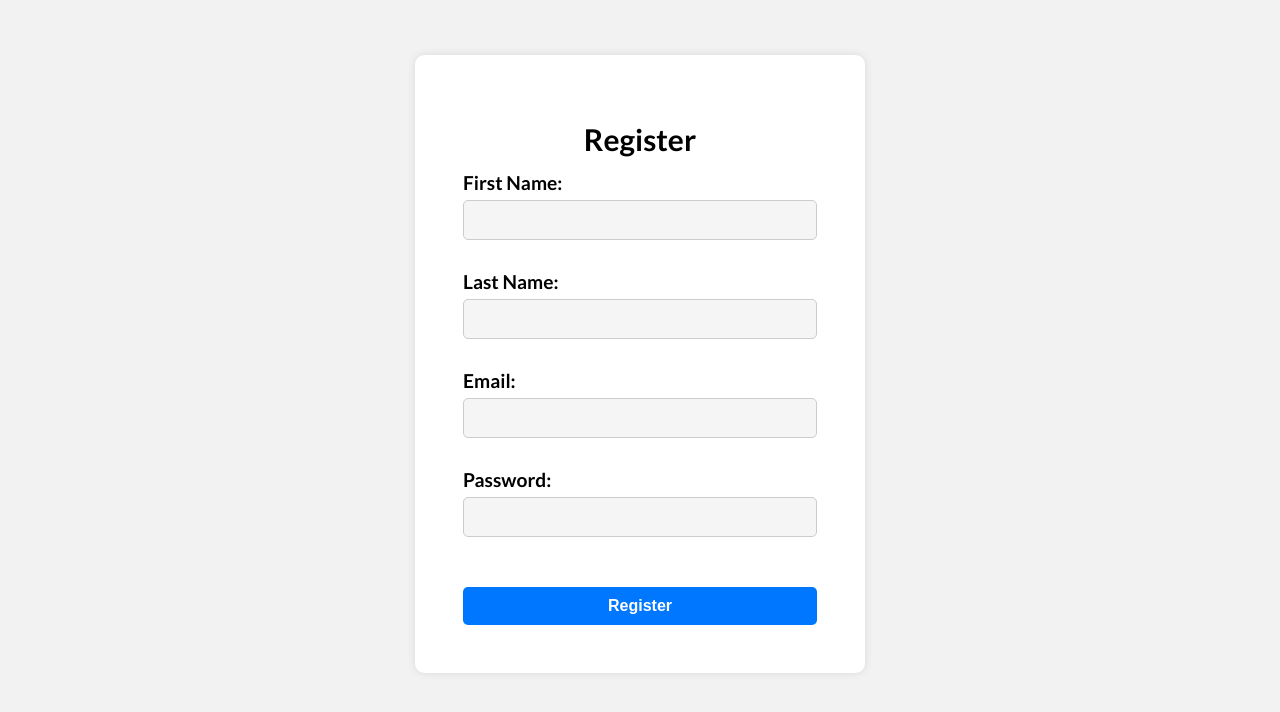
Repository: DannyMyles/iGammer
Page: /registration
These files come from the project's save history. The page is drawn as it stood at one moment and after the next save; the edit follows.
The browser window is 1280 px wide. The pictures show the whole page.
The project was rebuilt for these pictures with package versions that can differ from the ones it lists, and the page was loaded fresh each time. Also part of the build but not shown: src/components/footer/footer.css, src/components/footer/Footer.tsx, src/components/navbar/navbar.css, src/components/navbar/Navbar.tsx, src/pages/games/games.css, src/pages/games/Games.tsx, src/pages/home/home.css, src/pages/home/Home.tsx and 3 more.

Above is the page before, as saved 2023-03-16 11:19:49.

After the next save:
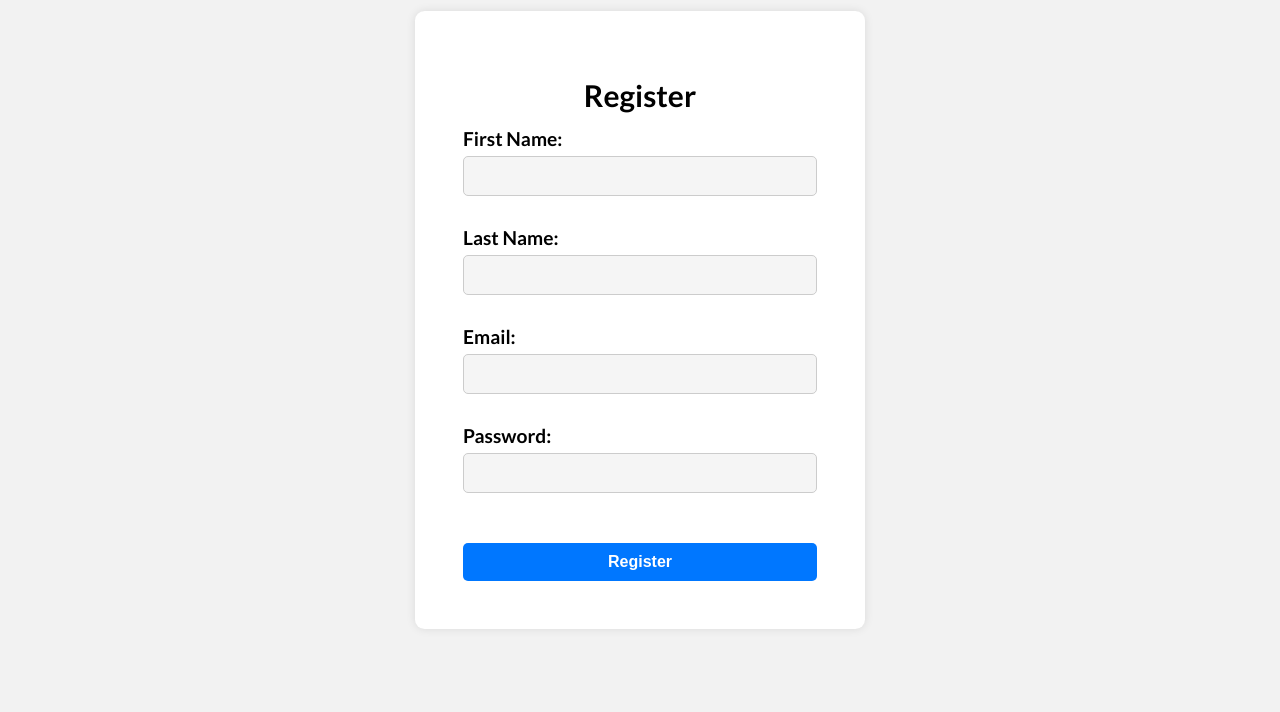
Saved 8 s later.
--- a/src/pages/register/register.css
+++ b/src/pages/register/register.css
@@ -9,7 +9,7 @@
     display: flex;
     flex-direction: column;
     align-items: center;
-    margin-top: 0.5rem;
+    margin-top: -5rem;
     width: 450px;
   }
 
